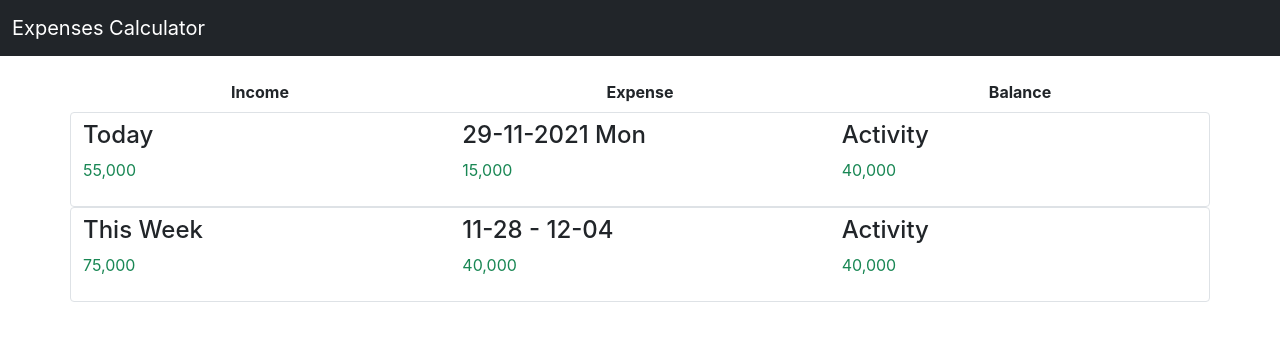
Repository: eidankhan/expenses-calculator
Page: /
These files come from the project's save history. The page is drawn as it stood at one moment and after the next save; the edit follows.
The browser window is 1280 px wide. The pictures show the whole page.
The project was rebuilt for these pictures with package versions that can differ from the ones it lists, and the page was loaded fresh each time. Also part of the build but not shown: src/components/SaveIncome.js.

Above is the page before, as saved 2021-11-29 17:13:59.

### public/index.html
<!DOCTYPE html>
<html lang="en">
  <head>
    <meta charset="utf-8" />
    <link rel="icon" href="%PUBLIC_URL%/favicon.ico" />
    <meta name="viewport" content="width=device-width, initial-scale=1" />
    <meta name="theme-color" content="#000000" />
    <meta
      name="description"
      content="Web site created using create-react-app"
    />
    <link rel="apple-touch-icon" href="%PUBLIC_URL%/logo192.png" />
    <link rel="manifest" href="%PUBLIC_URL%/manifest.json" />
    <!-- CSS only -->
    <link
      href="https://cdn.jsdelivr.net/npm/bootstrap@5.1.3/dist/css/bootstrap.min.css"
      rel="stylesheet"
      integrity="sha384-1BmE4kWBq78iYhFldvKuhfTAU6auU8tT94WrHftjDbrCEXSU1oBoqyl2QvZ6jIW3"
      crossorigin="anonymous"
    />
    <title>Shopping Cart App</title>
  </head>
  <body>
    <noscript>You need to enable JavaScript to run this app.</noscript>
    <div id="root"></div>
    <!-- JavaScript Bundle with Popper -->
    <script
      src="https://cdn.jsdelivr.net/npm/bootstrap@5.1.3/dist/js/bootstrap.bundle.min.js"
      integrity="sha384-ka7Sk0Gln4gmtz2MlQnikT1wXgYsOg+OMhuP+IlRH9sENBO0LRn5q+8nbTov4+1p"
      crossorigin="anonymous"
    ></script>
  </body>
</html>

### src/App.js
// import {
//   BrowserRouter as Router,
//   Routes,
//   Route,
// } from "react-router-dom";

import { IncomeSummary } from "./components/IncomeSummary";
import { Navbar } from "./components/Navbar";
import { SaveIncome } from "./components/SaveIncome";

function App() {
  return (
    <>
      <Navbar />
      <div className="container my-3">
        {/* <SaveIncome/> */}
        <IncomeSummary/>
      </div>
    </>
  );
}

export default App;

### src/components/IncomeSummary.js
import React from "react";

export const IncomeSummary = () => {
  return (
    <div className="my-3">
      <div className="row">
        <div className="col-md-4 my-2 text-center">
          {" "}
          <strong>Income</strong>{" "}
        </div>
        <div className="col-md-4 my-2 text-center">
          {" "}
          <strong>Expense</strong>{" "}
        </div>
        <div className="col-md-4 my-2 text-center">
          {" "}
          <strong>Balance</strong>{" "}
        </div>
      </div>
      <div className="row border rounded">
        <div className="col-md-4 my-2">
          <h4> Today </h4>
          <p className="text-success"> 55,000</p>
        </div>
        <div className="col-md-4 my-2">
          <h4> 29-11-2021 Mon </h4>
          <p className="text-success"> 15,000</p>
        </div>
        <div className="col-md-4 my-2">
          <h4> Activity </h4>
          <p className="text-success"> 40,000</p>
        </div>
      </div>
      <div className="row border rounded">
        <div className="col-md-4 my-2">
          <div className="cards">
            <h4> This Week </h4>
            <p className="text-success"> 75,000</p>
          </div>
        </div>
        <div className="col-md-4 my-2">
          <h4> 11-28 - 12-04 </h4>
          <p className="text-success"> 40,000</p>
        </div>
        <div className="col-md-4 my-2">
          <h4> Activity </h4>
          <p className="text-success"> 40,000</p>
        </div>
      </div>
    </div>
  );
};

### src/components/Navbar.js
import React from "react";

export const Navbar = () => {
  return (
    <nav className="navbar navbar-dark bg-dark">
      <div className="container-fluid">
        <a className="navbar-brand" href="/" > Expenses Calculator</a>

        {/* <form className="d-flex">
          <input
            className="form-control me-2"
            type="search"
            placeholder="Search"
            aria-label="Search"
          />
          <button className="btn btn-outline-success" type="submit">
            Search
          </button>
        </form> */}

      </div>
    </nav>
  );
};

Loaded but not shown: src/index.js (common file); src/index.css (common file)

After the next save:
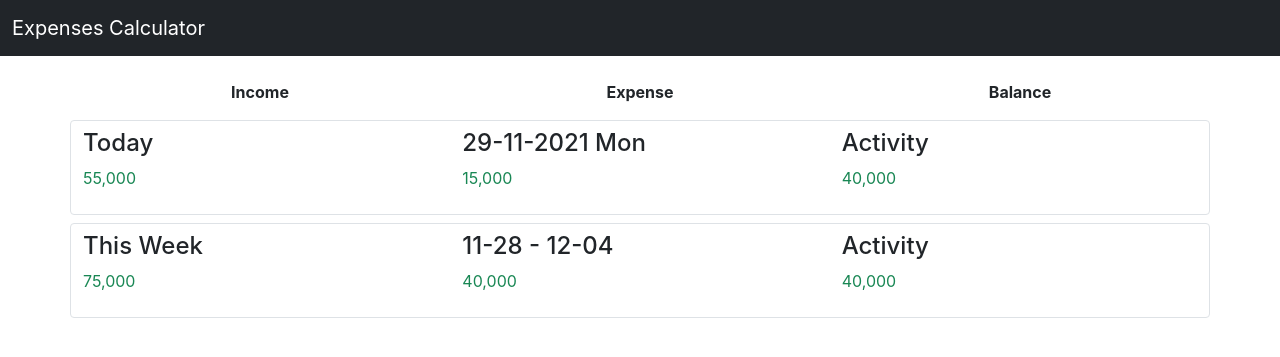
Saved 22 s later.
--- a/src/components/IncomeSummary.js
+++ b/src/components/IncomeSummary.js
@@ -17,7 +17,7 @@ export const IncomeSummary = () => {
           <strong>Balance</strong>{" "}
         </div>
       </div>
-      <div className="row border rounded">
+      <div className="row border rounded my-2">
         <div className="col-md-4 my-2">
           <h4> Today </h4>
           <p className="text-success"> 55,000</p>
